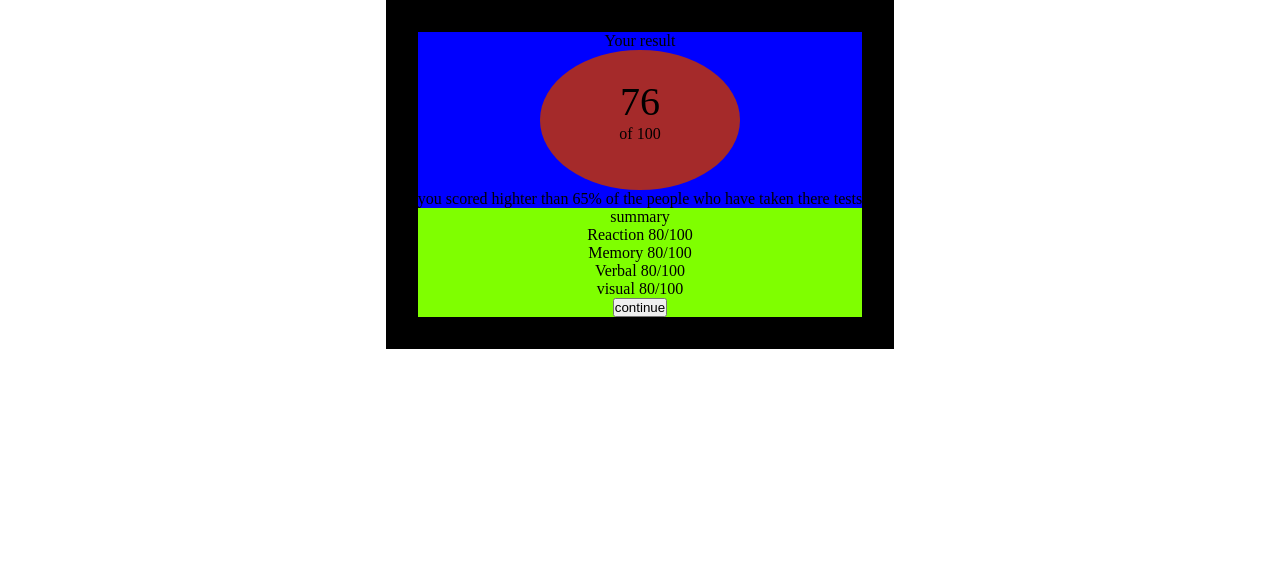
Repository: rahanwz/Card2-raha
Page: card2.html
The author's editor kept a copy of each file at every save. The page is drawn from the files as they stood at one save, then again after the next save.
The browser window is 1280 px wide. The pictures show the whole page.

Above is the page before, as saved 2024-02-19 23:35:51.

After the next save:
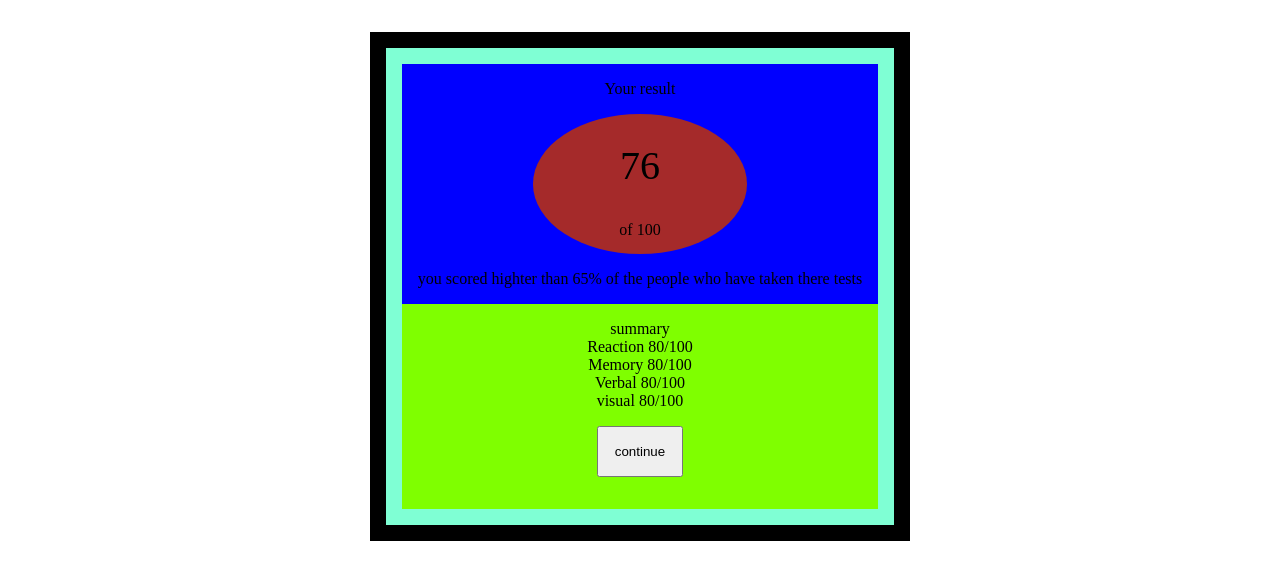
Saved 4 s later.
--- a/card2.css
+++ b/card2.css
@@ -18,7 +18,7 @@ body {
   text-align: center;
 }
 
-.top_card :first-child,:thi{
+.top_card :first-child,:last-child{
   padding: 1rem;
 }
 .present :first-child {
